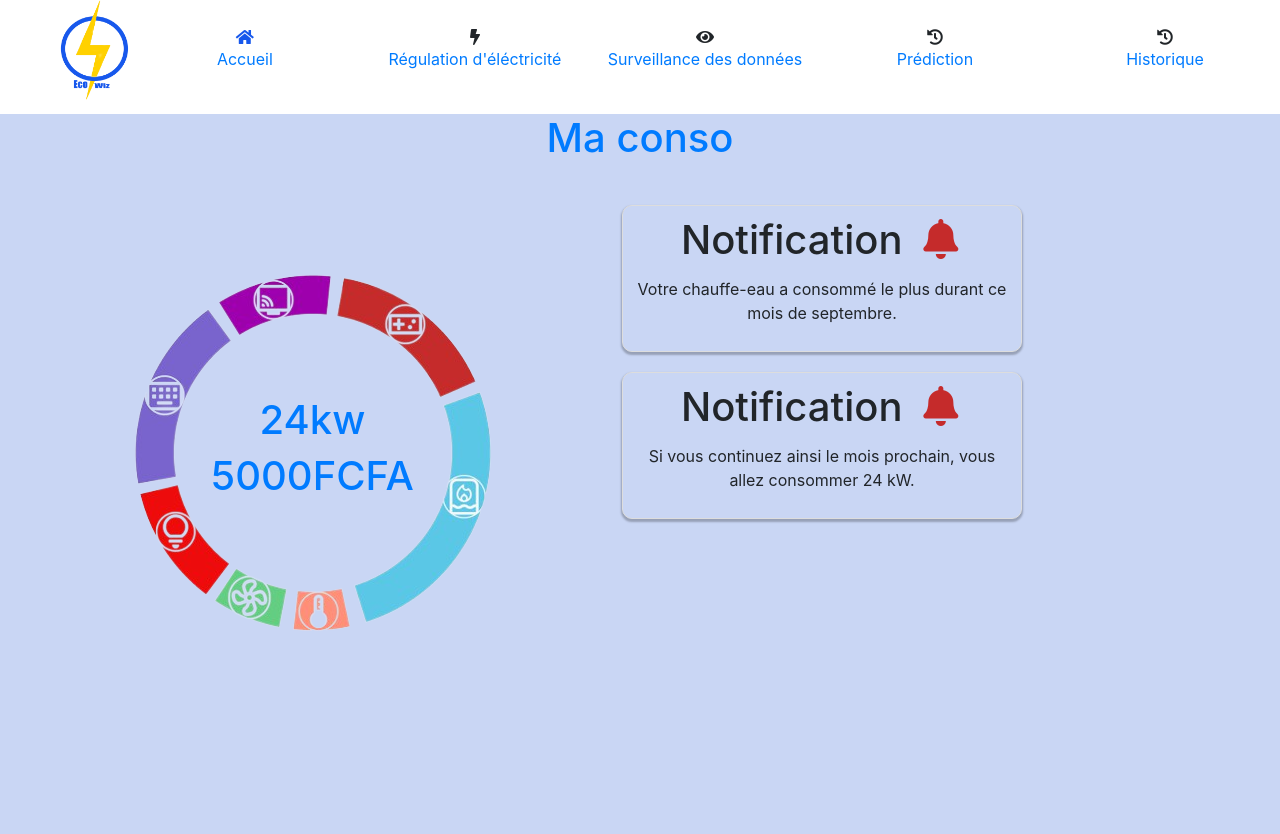
Repository: hamdia200/OSC-Ecowiz
Page: http://localhost/accueil
An editor plug-in stored every save of this project. The page is shown before and after the next save, followed by the edit.
The browser window is 1280 px wide. The pictures show the whole page.
The page is served by the project's Laravel application, run on PHP 8.4 with Laravel 10.

Above is the page before, as saved 2023-09-01 00:07:34.

After the next save:
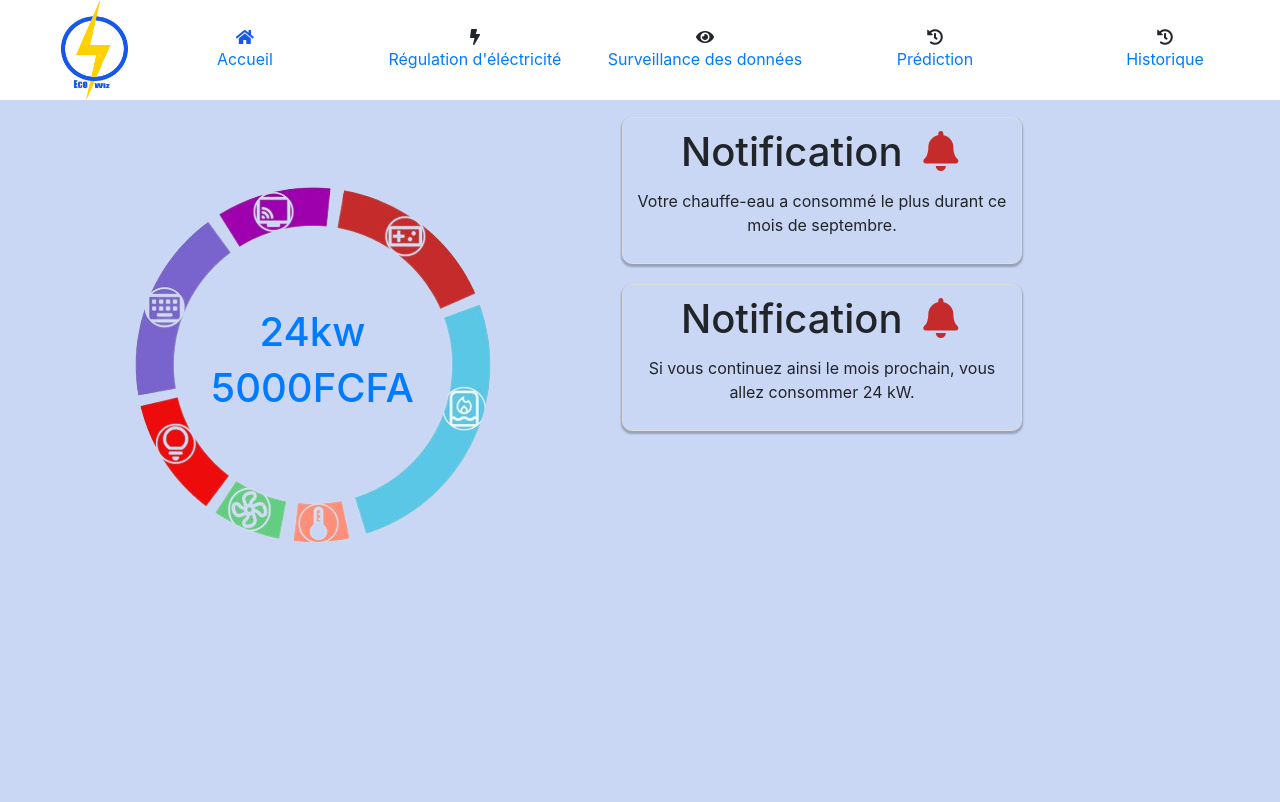
Saved 27 s later.
--- a/resources/views/accueil.blade.php
+++ b/resources/views/accueil.blade.php
@@ -101,9 +101,7 @@
 
     <body>
     <div class="container">
-        <div class="text">
-            <h1>Ma conso </h1>
-        </div>
+
         <div class="content">
                 <div class="circle-container">
                     <div class="image-cercle">
